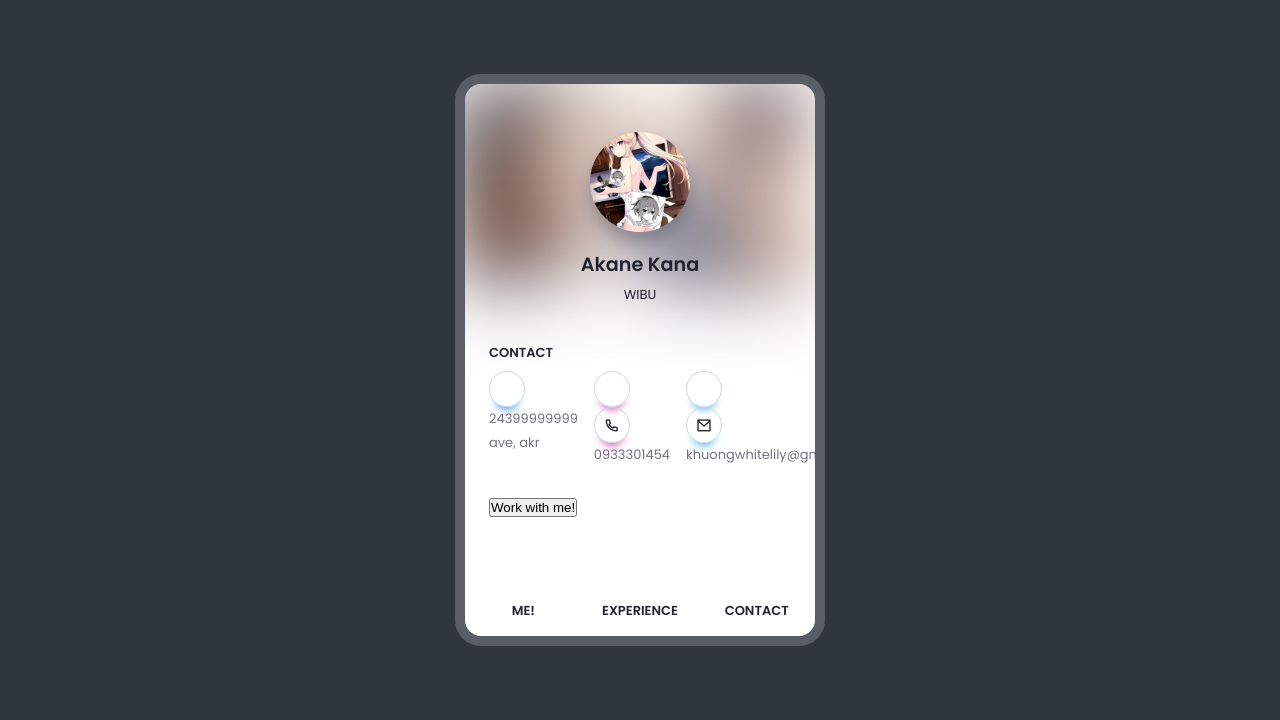
Repository: AkaneKana/AkaneKana
Page: index.html
These files come from the project's save history. The page is drawn as it stood at one moment and after a run of saves; the edit follows.
The browser window is 1280 px wide. The pictures show the whole page.
Some web libraries are served in a nearby version.

Above is the page before, as saved 2023-05-19 17:06:14.

### index.html
<!DOCTYPE html>
<html lang="en">
<head>
  <meta charset="UTF-8">
  <meta http-equiv="X-UA-Compatible" content="IE=edge">
  <meta name="viewport" content="width=device-width, initial-scale=1.0">
  <title>Profle Card</title>
  <link rel="stylesheet" href="style.css">
  <link href="https://cdn.jsdelivr.net/npm/remixicon@3.2.0/fonts/remixicon.css" rel="stylesheet">
</head>
<body>
  <div id="page" class="site">
    <div class="container">
      <div class="card">
        <header>
          <div class="thumbnail">
            <img src="assets/image.jpg" alt="">
          </div>
          <div class="meta">
            <h3>Akane Kana</h3>
            <h4>Wibu</h4>
          </div>
        </header>
        <section>
          <div id="me" class="me">
            <h4 class="section-title">About me</h4>
            <p>Lorem ipsum dolor sit amet consectetur, adipisicing elit. Alias numquam in eligendi quibusdam debitis excepturi architecto porro! Qui, iusto aliquam. Est iusto tenetur velit ab iste modi aliquid incidunt ea?</p>
            <div class="socials">
              <ul>
                <li><a href="#"><i class="ri-facebook-fill"></i></a></li>
                <li><a href="#"><i class="ri-discord-fill"></i></a></li>
                <li><a href="#"><i class="ri-github-fill"></i></a></li>
              </ul>
            </div>
          </div>

          <div id="roadmap" class="roadmap">
            <h4 class="section-title">Experiences</h4>
            <input type="checkbox" id="showmore">
            <label for="showmore">
             <span>Show more <i class="ri-arrow-down-s-line"></i></span>
             <span>Show less <i class="ri-arrow-up-s-line"></i></span>
            </label>

            <ul>
              <li>
                <span>2010</span>
                <div class="section-title">Web design</div>
                <p>Lorem ipsum dolor sit amet, consectetur adipisicing elit. Necessitatibus repellendus laudantium a qui perferendis illum, provident eaque delectus eos, molestias rem exercitationem veniam? A illum adipisci id, voluptate odio voluptates!</p>
              </li>
              <li>
                <span>2012</span>
                <div class="section-title">Graphic</div>
                <p>Lorem ipsum dolor sit amet, consectetur adipisicing elit. Necessitatibus repellendus laudantium a qui perferendis illum, provident eaque delectus eos, molestias rem exercitationem veniam? A illum adipisci id, voluptate odio voluptates!</p>
              </li>
              <li>
                <span>2016</span>
                <div class="section-title">Google design</div>
                <p>Lorem ipsum dolor sit amet, consectetur adipisicing elit. Necessitatibus repellendus laudantium a qui perferendis illum, provident eaque delectus eos, molestias rem exercitationem veniam? A illum adipisci id, voluptate odio voluptates!</p>
              </li>
            </ul>
          </div>

          <div id="contact" class="contact active">
            <h4 class="section-title">Contact</h4>
            <div class="socials">
              <ul>
                <li>
                  <a href="#"></a>
                  <p>24399999999 ave, akr </p>
                </li>
                <li>
                  <a href="https://wa.me/0933301454"><a href="" class="ri-phone-line"></a></a>
                  <p>0933301454</p>
                </li>
                <li>
                  <a href="#mailto:khuongwhitelily@gmail.com"><a href="" class="ri-mail-line"></a></a>
                  <p>khuongwhitelily@gmail.com</p>
                </li>
              </ul>
            </div>
            <button>Work with me!</button>
          </div>
        </section>
        <footer>
          <nav>
            <a href="#">Me!</a>
            <a href="#">Experience</a>
            <a href="#">Contact</a>
            <span></span>
          </nav>
        </footer>
      </div>
    </div>
  </div>

  <script src="script.js"></script>
</body>
</html>

### style.css
@import url('https://fonts.googleapis.com/css2?family=Poppins:wght@400;600;800&display=swap');
:root{
  --primary-color: #eb3b5a;
  --white-color: #ffffff;
  --light-color: #ced6e0;
  --grey-color: #737181;
  --dark-color: #202130;

  --shadow: 0 10px 10px -8px;
}

*{
  margin: 0;
  padding: 0;
}

*,::before,::after {
  box-sizing: border-box;
}

body{
  font-family: 'Poppins';
  font-size: 16px;
  font-weight: 400;
  line-height: 1.8;
  color: var(--dark-color);
  background-color: #2f3640;
}

a {
  text-decoration: none;
  color: inherit;
}

ul{
  list-style: none;
}

img{
  max-width: 100%;
  vertical-align: middle;
}

.site{
  display: flex;
  align-items: center;
  justify-content: center;
  height: 100vh;
}

.container{
  max-width: 1024px;
  padding: 0 2em;
  margin: 0 auto;
}

.card{
  max-width: 350px;
  background-color: var(--white-color);
  border-radius: 1em;
  box-shadow: 0 0 0 10px rgb(255 255 255 /20%);
  overflow: hidden;
}

.card header {
  position: relative;
  height: 225px;
  padding-top: 3em;
  margin-bottom: 2em;
}

.card header::before {
  content: '';
  position: absolute;
  top: 0;
  left: 0;
  background: url(assets/image.jpg);
  background-size: cover;
  width: 100%;
  height: 200px;
  z-index: 0;
  filter: blur(40px);
}

.card header > * {
  position: relative;
  left: 50%;
  transform: translateX(-50%);
}

.card header .meta {
  text-align: center;
  margin-top: 1em;
  width: max-content;
}

.card header h3 {
  font-size: 1.2em;
  font-weight: 600;
}

.card header h4 {
  font-size: 0.813em;
  font-weight: 400;
  text-transform: uppercase;
}

.card .thumbnail {
  width: 100px;
  height: 100px;
}

.card .thumbnail img {
  object-fit: cover;
  width: 100%;
  height: 100%;
  border-radius: 50%;
  box-shadow: 0 10px 15px rgb(0 0 0 /20%);
}

.card section {
  padding: 0 1.5em;
}

.card section h4 {
  text-transform: uppercase;
}

.card .section-title {
  font-size: 0.813em;
  font-weight: 600;
  margin-bottom: 0.5em;
}

.card section p {
  font-size: 0.813em;
  color: var(--grey-color);
  margin-bottom: 2em;
}

.card .socials ul {
  display: flex;
  gap: 1em;
}

.card .socials ul li a {
  position: relative;
  width: 36px;
  height: 36px;
  border: 1px solid var(--light-color);
  border-radius: 50%;
  display: flex;
  align-items: center;
  justify-content: center;
  transition: border .3s, color .3s, backgound-color .3s;
}

.card .socials ul li:nth-child(1) a {
  box-shadow: var(--shadow) #1877f2;
}
.card .socials ul li:nth-child(2) a {
  box-shadow: var(--shadow) #c32aa3;
}
.card .socials ul li:nth-child(3) a {
  box-shadow: var(--shadow) #1da1f2;
}

.card .socials ul li:nth-child(1) a:hover {
  background-color: #1877f2;
}
.card .socials ul li:nth-child(2) a:hover {
  background-color: #c32aa3;
}
.card .socials ul li:nth-child(3) a:hover {
  background-color: #1da1f2;
}

.card .socials ul li a:hover {
  border-color: transparent;
  color: var(--white-color);
}

.card footer nav {
  position: relative;
  display: flex;
  justify-content: space-between;
  width: 100%;
  height: 50px;
  margin-top: 4em;
}

.card footer nav a {
  position: relative;
  font-size: 0.813em;
  font-weight: 600;
  text-transform: uppercase;
  width: 100%;
  height: 100%;
  display: flex;
  align-items: center;
  justify-content: center;
  z-index: 10;
}

.card footer nav span {
  position: absolute;
  top: 10px;
  left: 0;
  width: 33.3333%;
  height: 30px;
  background: linear-gradient(135deg, #03001e #7303c0 #ec38bc, #fdeff9);
  filter: blur(15px);
  transition: left .3s;
}

.card footer nav a.active {
  color: var(--white-color);
}

.card footer nav a.active:nth-child(2) ~ span {
  left: 33.3333%;
}

.card footer nav a.active:nth-child(3) ~ span {
  left: calc(33.3333% * 2);
}

section > div {
  display: none;
}
section > div.active {
  display: block;
}

/*roadmap*/
.card .roadmap {
  position: relative;
  overflow: hidden;
}
.card .roadmap ul {
  margin-top: 2em;
  height: 325px;
  padding-bottom: 2em;
  transition: height .3s;
}
.card .roadmap ul li {
  position: relative;
  padding-left: 50px;
  min-height: 90px;
  margin-bottom: 1em;
  line-height: normal;
}

.card .roadmap ul li::before {
  content: '';
  position: absolute;
  top: 4px;
  left: 7px;
  width: 13px;
  height: 13px;
  background-color: var(--primary-color);
  border-radius: 50%;
  box-shadow: 0 3px 10px 0 var(--primary-color);
}

.card .roadmap ul li span {
  position: absolute;
  top: 26px;
  left: 3px;
  writing-mode: vertical-lr;
  text-orientation: upright;
  font-size: 0.813em;
  font-weight: 600;
  color: var(--grey-color);
  letter-spacing: -8px;
}

.card .roadmap input {
  display: none;
}

.card .roadmap label {
  position: absolute;
  bottom: 0;
  left: 0;
  right: 0;
  height: 100px;
  cursor: pointer;
  z-index: 10;
}

.card .roadmap label::before {
  content: '';
  position: absolute;
  top: 0;
  left: 0;
  width: 100%;
  height: 100%;
  background: linear-gradient(0deg, var(--white-color) 40%, rgba(255, 255, 255, 0) 100%);
  z-index: -1;
}

.card .roadmap label span {
  font-size: 0.813em;
  display: flex;
  justify-content: center;
  gap: 5px;
  height: 100%;
  align-items: flex-end;
}

.card .roadmap label span:last-child,
.card .roadmap input:checked ~label span:first-child {
  display: none;
}

.card .roadmap input:checked ~label span:last-child {
  display: flex;
}

.card .roadmap input:checked ~ ul {
  overflow: auto;
  height: 450px;
  padding-bottom: 4em;
}

Loaded but not shown: script.js (no copy from this time; the picture is the same without it)

After the next 7 saves:
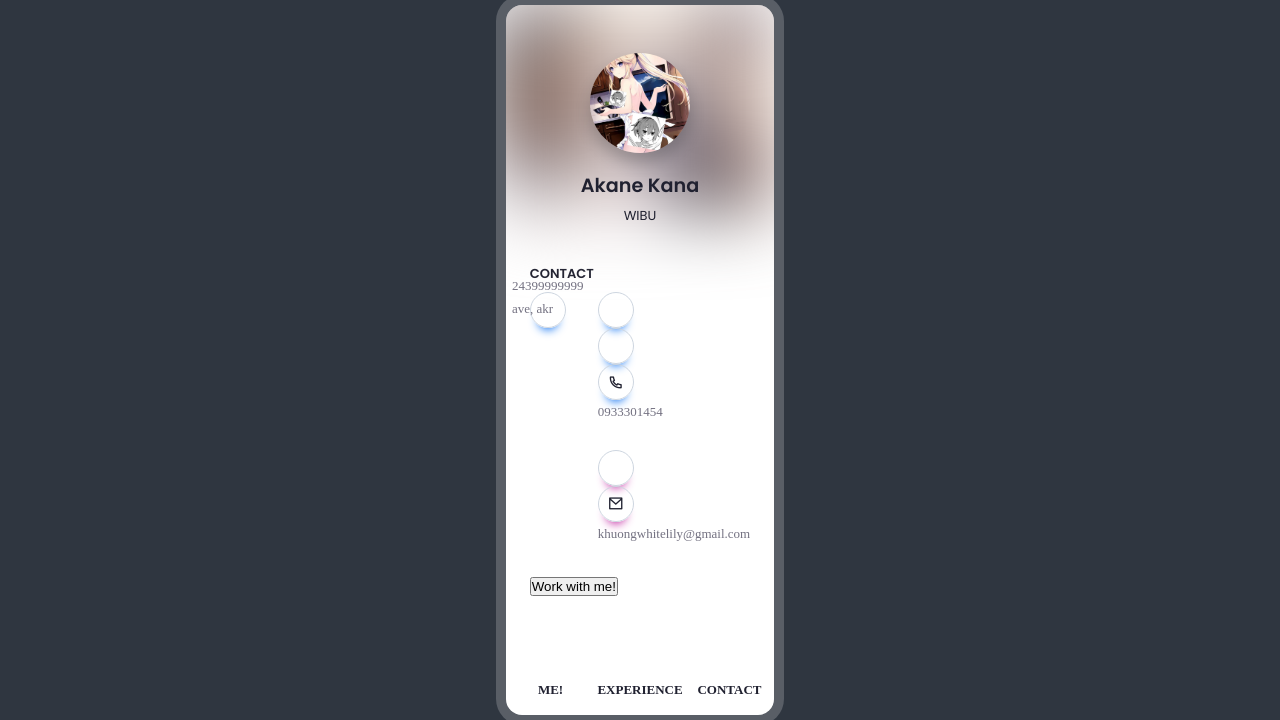
The 7 saves are shown as one change because they came seconds apart.
The last was saved 22 s later.
--- a/index.html
+++ b/index.html
@@ -66,7 +66,7 @@
             <div class="socials">
               <ul>
                 <li>
-                  <a href="#"></a>
+                  <a href="#"><i class="ri-map-pin-line>"</a>
                   <p>24399999999 ave, akr </p>
                 </li>
                 <li>

After the 2 saves that followed:
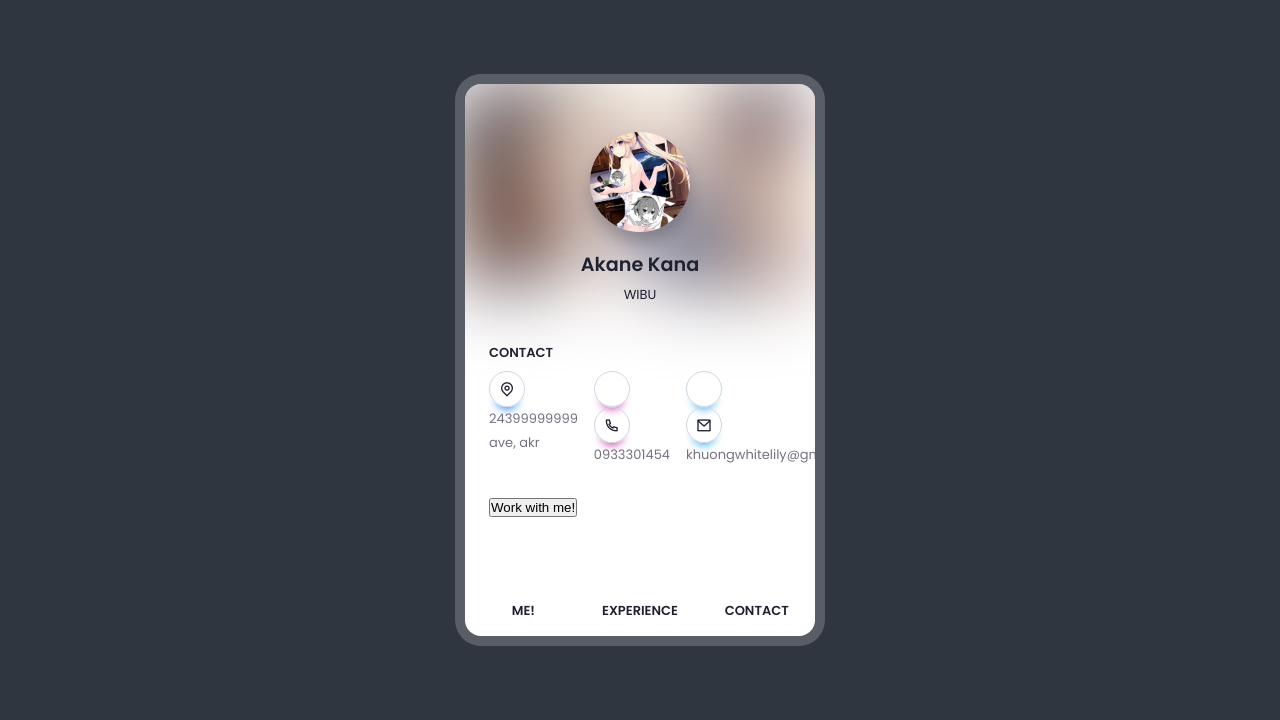
The 2 saves are shown as one change because they came seconds apart.
The last was saved 7 s later.
--- a/index.html
+++ b/index.html
@@ -66,7 +66,7 @@
             <div class="socials">
               <ul>
                 <li>
-                  <a href="#"><i class="ri-map-pin-line>"</a>
+                  <a href="#"><i class="ri-map-pin-line"></i></a>
                   <p>24399999999 ave, akr </p>
                 </li>
                 <li>
